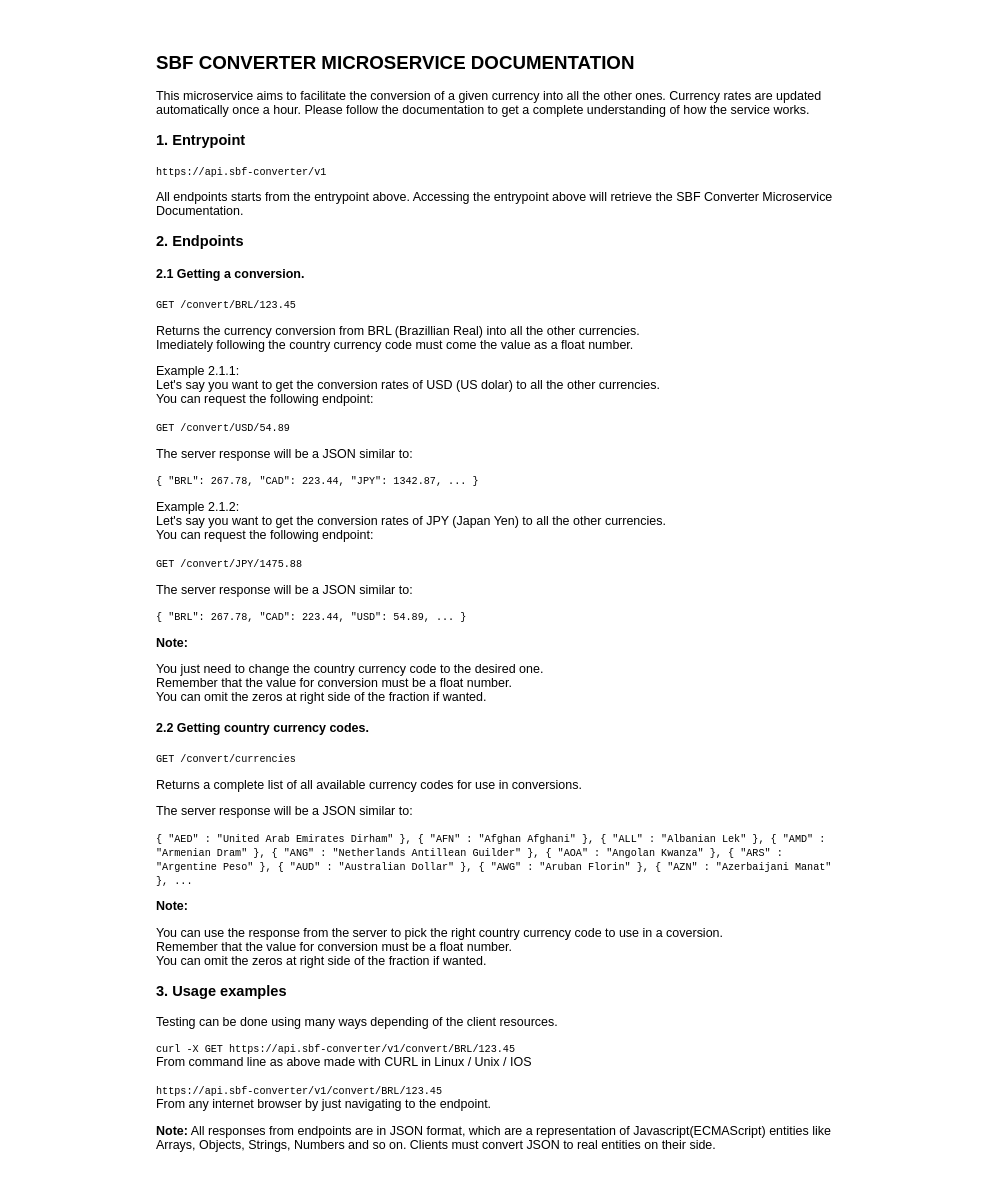
Repository: miguelamello/nestjs-restful-api
Page: documentation.html
These files come from the project's save history. The page is drawn as it stood at one moment and after the next save; the edit follows.
The browser window is 1280 px wide. The pictures show the whole page, at 78% of full size.

Above is the page before, as saved 2023-03-21 23:03:42.

### documentation.html
<!DOCTYPE html>
<html lang="en">
<head>
  <meta charset="UTF-8">
  <meta http-equiv="X-UA-Compatible" content="IE=edge">
  <meta name="viewport" content="width=device-width, initial-scale=1.0">
  <title>SBF Converter Documentation</title>
  <style>
    body {
      font-family: Arial, Helvetica, sans-serif;
      padding: 3% 15%;
    }
  </style>
</head>
<body>
  <h2>SBF CONVERTER MICROSERVICE DOCUMENTATION</h2>
  <p>
    This microservice aims to facilitate the conversion of a given currency
    into all the other ones. Currency rates are updated automatically once a hour.
    Please follow the documentation to get a complete understanding of how the service works.
  </p>

  <h3>1. Entrypoint</h3>
  <code>https://api.sbf-converter/v1</code>
  <p>
    All endpoints starts from the entrypoint above. Accessing the entrypoint
    above will retrieve the SBF Converter Microservice Documentation.
  </p>

  <h3>2. Endpoints</h3>
  <h4>2.1 Getting a conversion.</h4>
  <p>
    <code>GET /convert/BRL/123.45</code>
    <div>Returns the currency conversion from BRL (Brazillian Real) into all the other currencies.</div>
    <div>Imediately following the country currency code must come the value as a float number.</div>

    <p>
      <div>Example 2.1.1:</div>
      <div>Let's say you want to get the conversion rates of USD (US dolar) to all the other currencies.</div>
      <div>You can request the following endpoint:</div><br>
      <code>GET /convert/USD/54.89</code>
    </p>

    <p>The server response will be a JSON similar to:</p>
    <code>{ "BRL": 267.78, "CAD": 223.44, "JPY": 1342.87, ... }</code>

    <p>
      <div>Example 2.1.2:</div>
      <div>Let's say you want to get the conversion rates of JPY (Japan Yen) to all the other currencies.</div>
      <div>You can request the following endpoint:</div><br>
      <code>GET /convert/JPY/1475.88</code>
    </p>

    <p>The server response will be a JSON similar to:</p>
    <code>{ "BRL": 267.78, "CAD": 223.44, "USD": 54.89, ... }</code>

    <p>
      <b>Note:</b>
      <div>You just need to change the country currency code to the desired one.</div>
      <div>Remember that the value for conversion must be a float number.</div>
      <div>You can omit the zeros at right side of the fraction if wanted.</div>
    </p>
  </p>

  <h4>2.2 Getting country currency codes.</h4>
  <p>
    <code>GET /convert/currencies</code>
    <div>Returns a complete list of all available currency codes for use in conversions.</div>

    <p>The server response will be a JSON similar to:</p>
    <code>
      { "AED" : "United Arab Emirates Dirham" },
      { "AFN" : "Afghan Afghani" },
      { "ALL" : "Albanian Lek" },
      { "AMD" : "Armenian Dram" },
      { "ANG" : "Netherlands Antillean Guilder" },
      { "AOA" : "Angolan Kwanza" },
      { "ARS" : "Argentine Peso" },
      { "AUD" : "Australian Dollar" },
      { "AWG" : "Aruban Florin" },
      { "AZN" : "Azerbaijani Manat" },
      ...
    </code>

    <p>
      <b>Note:</b>
      <div>You can use the response from the server to pick the right country currency code to use in a coversion.</div>
      <div>Remember that the value for conversion must be a float number.</div>
      <div>You can omit the zeros at right side of the fraction if wanted.</div>
    </p>
  </p>

  <h3>3. Usage examples</h3>

  <p>Testing can be done using many ways depending of the client resources.</p>

  <code>curl -X GET https://api.sbf-converter/v1/convert/BRL/123.45</code>
  <div>From command line as above made with CURL in Linux / Unix / IOS</div>
  <br>
  <code>https://api.sbf-converter/v1/convert/BRL/123.45</code>
  <div>From any internet browser by just navigating to the endpoint.</div>

  <p>
    <b>Note:</b> All responses from endpoints are in JSON format, which are a
    representation of Javascript(ECMAScript) entities like Arrays, Objects,
    Strings, Numbers and so on. Clients must convert JSON to real entities
    on their side.
  </p>

</body>
</html>

After the next save:
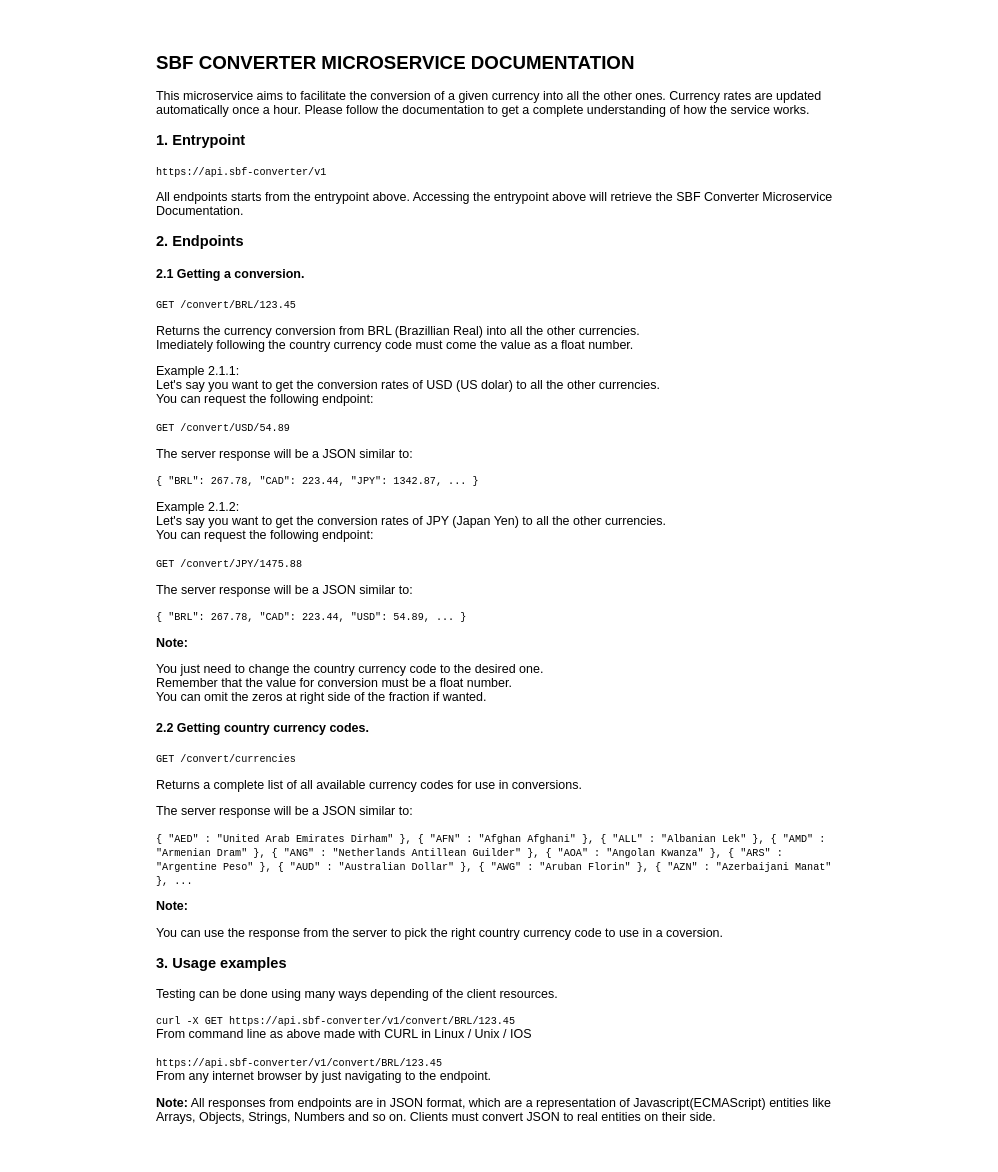
Saved 4 s later.
--- a/documentation.html
+++ b/documentation.html
@@ -85,8 +85,6 @@
     <p>
       <b>Note:</b>
       <div>You can use the response from the server to pick the right country currency code to use in a coversion.</div>
-      <div>Remember that the value for conversion must be a float number.</div>
-      <div>You can omit the zeros at right side of the fraction if wanted.</div>
     </p>
   </p>
 
